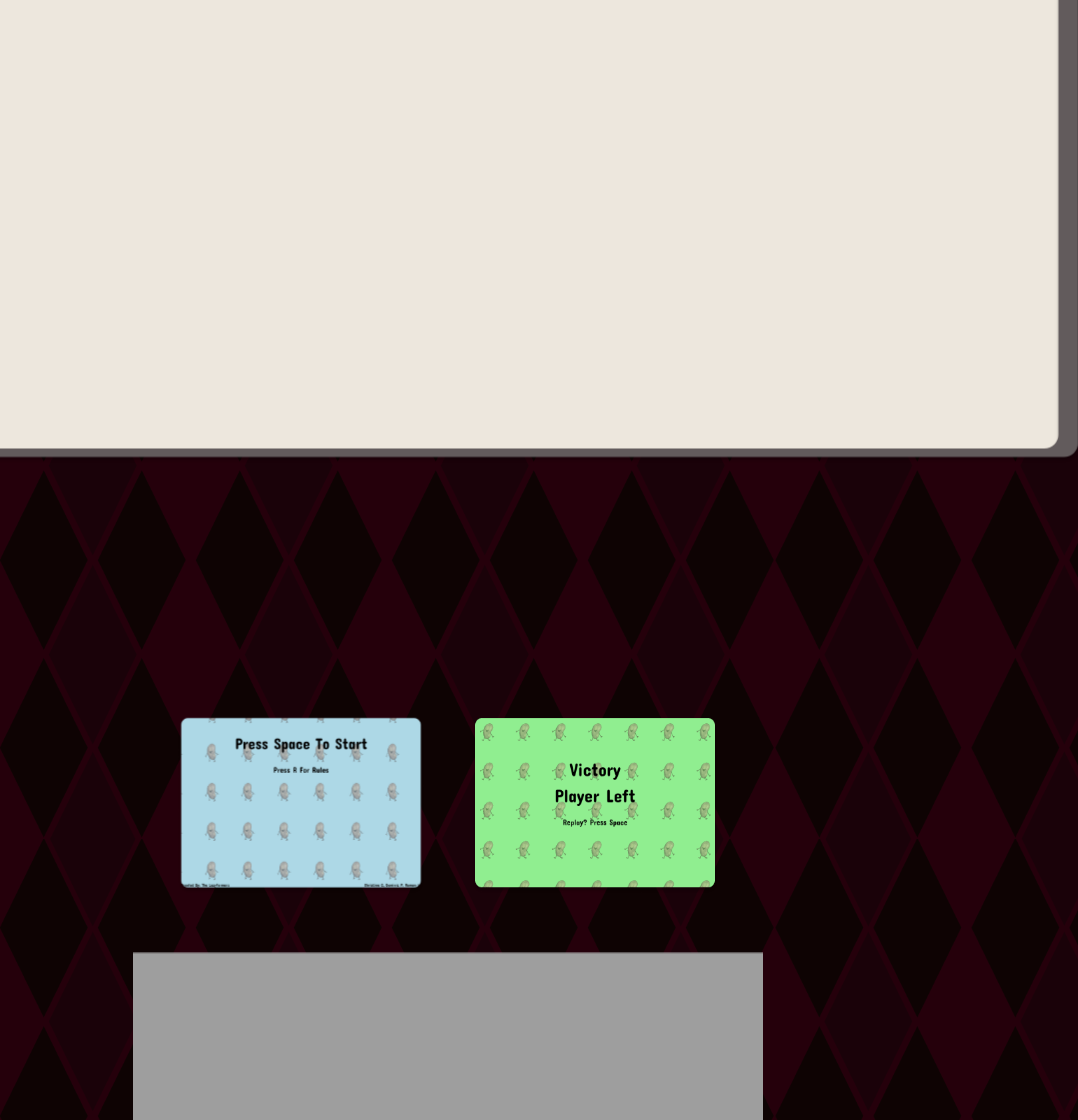
Repository: EMP-ChristinaC/Portfolio
Page: projects/potato-shuffle/potato.html
These files come from the project's save history. The page is drawn as it stood at one moment and after a run of saves; the edit follows.
The browser window is 1280 px wide. The page is 1540 px wide, so the pictures cover 1540 px, including what lies to the right of the window. The pictures show the part of the page from y = 1999 to 3599 px (the page is 6194 px tall), at 70% of full size.
Pictures or frames that could not be fetched are drawn as grey boxes. Some web fonts or font styles are not loaded; a fallback is used.

Above is the page before, as saved 2024-12-08 19:51:30.

### projects/potato-shuffle/potato.html
<!DOCTYPE html>
<html lang="en">

<head>
    <meta charset="UTF-8">
    <meta name="viewport" content="width=device-width, initial-scale=1.0">
    <title>CC- Project Potato Shuffle</title>
    <!--- ////////////////// OUTSIDE STYLES //////////////////-->


    <!--- ///////////////// GOOGLE FONTS  ////////////////////-->
    <link rel="preconnect" href="https://fonts.googleapis.com">
    <link rel="preconnect" href="https://fonts.gstatic.com" crossorigin>
    <link
        href="https://fonts.googleapis.com/css2?family=Overlock:ital,wght@0,400;0,700;0,900;1,400;1,700;1,900&family=Vast+Shadow&display=swap"
        rel="stylesheet">

    <!--- /////////////// MY STYLES ////////////////-->

    <link rel="stylesheet" href="potato.css">
    <link rel="stylesheet" href="../../nav.css">
    <link rel="stylesheet" href="media-style-phone-potato.css">
    <link rel="stylesheet" href="../../media-style-two.css">
    <link rel="stylesheet" href="media-style-mac-potato.css">

    <!--- //////////////// FAVICON LINKS ///////////////////-->
    <link rel="shortcut icon" href="../../image/logo.png" type="image/x-icon">
    <link rel="icon" href="../../image/logo.png" type="image/x-icon">

</head>

<body class="home-potato">

    <!--- /////////////////////// NAVIGATION /////////////////////-->
    <header class="navigation">
        <img class="nav-background" src="../../image/nav-background.png"
            alt="A decor for the nav, it holds a logo with diamond patterns in the background.">


        <a href="../../index.html " class="nav-home">Stage</a>
        <a href="../../about-page/about.html" class="nav-about">Director</a>
        <a href="../../contact-page/contact.html" class="nav-contact">Contact</a>
        <a href="../../main-project-page/projects.html" class="nav-projects current">Projects</a>
    </header>


    <!--- /////////////////////// ARROW BUTTON /////////////////////-->
    <a href="../../projects/sniffle/sniffle.html"><img src="../../image/left-arrow.png" class="side-button-left" alt="A."></a>


    <a href="../../projects/smash-n-dash/smash.html"><img src="../../image/right-arrow.png" class="side-button-right" alt="A."></a>



    <!--- /////////////////////// BOX OUTLINE ///////////////////////-->
    <div class="box-outline-outside-potato-overview">
        <div class="box-outline-inside-potato-overview"></div>

        <!-- <div class="dia-left-potato">
            <img src="../../image/Dia-bottom-left.png"
                alt="A diamond pattern decor that is placed onto the bottom left of the box outline">
        </div>

        <div class="dia-right-potato">
            <img src="../../image/Dia-top-right.png"
                alt="A diamond pattern decor that is placed onto the bottom left of the box outline">
        </div> -->


    <div class="box-outline-paragraph-potato">
        <div class="details-potato">
            <h2>About:</h2>
            <p>
                A digital coding game inspired by Hot Potato and WarioWare. It takes elements from both games and with
                the help of Makey-Makey, it creates a fun interactive game.
                <!-- <br><br>
                Here are some images of the game. -->
            </p>
        </div>
    </div>


    <div class="box-outline-type-potato">
        <div class="type-potato">
            <p> Project Type:
                <br>
                Interactive Game
                <br><br>
                Date:
                <br>
                December 2023
                <br><br>
                Link:
                <br>
                <a href="https://emp-christinac.github.io/Potato-Shuffle/index.html">Github</a>
                <br><br>
                Role:
                <br>
                Lead Coder
            </p>
        </div>

<!-- <div class="type-two">
    <p>
        Link:
        <br>
        <a href="https://emp-christinac.github.io/Potato-Shuffle/index.html">Github</a>
        <br><br>
        Role:
        <br>
        Lead Coder
    </p>
</div> -->


        <!-- <div class="type-potato-phone">
            <p> Project Type:
                <br>
                Digital Game
                <br><br>
                Date:
                <br>
                December 2023
            </p>
        </div> -->

        <!-- <div class="type-potato-phone-two">
            <p>
                Link:
                <br>
                <a href="https://empxnifl.github.io/Potato-Shuffle/index.html">Github</a>
                <br><br>
                Role:
                <br>
                Lead Coder
            </p>
        </div> -->
    </div>

    <div class="box-outline-credit">
        <div class="credit">
            <p>Credit to:
                <br>
                Roman Lopez [Lead Designer]
                <br>
                Dominic Perron [Lead Interaction]
            </p>
        </div>

        <div class="mc-overview">
            <img src="../../image/Main-Screen.png" alt="A overview of the project Potato Shuffle.">
        </div>

    </div>




    <div class="box-outline-heading-potato">
        <div class="potato-title">
            <h1>Potato Shuffle</h1>
        </div>
    </div>
</div>
    <!--- ////////////////////////-->
    <div class="box-outline-outside-potato-play">
        <div class="box-outline-inside-potato-play"></div>

        <div>
            <div class="play">
                <p>
                </p>
            </div>

    </div>


    <!--- ////////////////////////-->

    <div class="box-outline-outside-potato-progress">
        <div class="box-outline-inside-potato-progress"></div>

        <!-- <div class="dia-left-two-potato">
            <img src="../../image/Dia-bottom-left.png"
                alt="A diamond pattern decor that is placed onto the bottom left of the box outline">
        </div>

        <div class="dia-right-two-potato">
            <img src="../../image/Dia-top-right.png"
                alt="A diamond pattern decor that is placed onto the bottom left of the box outline">
        </div> -->

        <div class="box-outline-heading-two-potato">
            <div class="heading-two">
                <h1>Menu Design</h1>
            </div>
        </div>
        <div class="box-outline-heading-three-potato">
            <div class="heading-three">
                <h1>Sprites</h1>
            </div>
        </div>

        <div class="potato-menu-one">
            <img src="../../image/Home.png" alt="The home screen of the project.">
        </div>


        <div class="potato-menu-two">
            <img src="../../image/Victory.png" alt="The victory screen of the project.">
        </div>

        <!--- ////////////////////////-->

        <div class="potato-sprites">
            <img src="../../image/potato_sway.gif" alt="A potato gif that shows the potato swaying left and right.">
        </div>


        <div class="potato-sprites-two">
            <img src="../../image/Fail.gif" alt="A explosion gif that says boom.">
        </div>

        <div class="potato-sprites-three">
            <img src="../../image/potato_flip.gif" alt="A potato gif that shows the potato fliping.">
        </div>



    </div>


    <!--- ////////////////////////-->

    <div class="box-outline-outside-potato">
        <div class="box-outline-inside-potato"></div>
        <!-- <div class="dia-left-three-potato">
            <img src="../../image/Dia-bottom-left.png"
                alt="A diamond pattern decor that is placed onto the bottom left of the box outline">
        </div>

        <div class="dia-right-three-potato">
            <img src="../../image/Dia-top-right.png"
                alt="A diamond pattern decor that is placed onto the bottom left of the box outline">
        </div> -->


        <div class="box-outline-heading-four-potato">
            <div class="heading-four-potato">
                <h1>Mini-Game Design</h1>
            </div>

            <div class="potato-event-one">
                <img src="../../image/Event-1.png" alt="One of five mini-game from the project. It shows a character running.">
            </div>

            <div class="potato-event-two">
                <img src="../../image/Event-2.png"
                    alt="One of five mini-game from the project. It shows a character shooting at a muffen.">
            </div>


            <div class="potato-event-three">
                <img src="../../image/Event-3.png"
                    alt="One of five mini-game from the project. It shows a potato dropping into a basket.">
            </div>

            <div class="potato-event-four">
                <img src="../../image/Event-4.png"
                    alt="One of five mini-game from the project. It shows a character digging up a potato.">
            </div>


            <div class="potato-event-five">
                <img src="../../image/Event-5.png" alt="One of five mini-game from the project. It shows a potato being peeled.">
            </div>

        </div>

    </div>

    <!--- ////////////////////////-->

    <div class="box-outline-outside-foot">
        <div class="box-outline-inside-foot"></div>

            <footer class="section">
                <p>© 2024 by Christina Chan. Powered and secured by Github</p>

                <div>
                    <a class="github" href="https://github.com/EMP-ChristinaC"> <img src="../../image/Github-icon.png"
                            alt="Github icon image."></a>

                    <a class="twitter" href="https://x.com/EMP_Nifl"> <img src="../../image/Twitter-Icon.png"
                            alt="Twitter icon image."></a>

                    <a class="discord" href="https://discordapp.com/users/456539039286165514"> <img src="../../image/discord-icon.webp"
                            alt="Discord icon image."></a>

                    <a class="linkedin" href="https://www.linkedin.com/in/christina-chan-290a29323/"> <img src="../../image/Linkedin-icon.webp"
                            alt="Linkedin icon image."></a>
                </div>

            </footer>
    </div>
    <!--- /////////////////////// DECOR  ///////////////////////-->


    <!-- <div class="left-curtain">
        <img src="../../image/curtains-left.png" alt="A curtain decor that is placed on the left side of the website.">
    </div>

    <div class="right-curtain">
        <img src="../../image/curtain-right.png" alt="A curtain decor that is placed on the right side of the website.">
    </div> -->

    <!--- /////////////////////// TEXT ///////////////////////-->


    <!--- /////////////////////// IMAGES ///////////////////////-->


    <!--- ////////////////////////-->




    <!--- ////////////////////////-->



</body>

</html>

### projects/potato-shuffle/potato.css

/*///////////////////////////////// Box Outline ////////////////////////////*/
.box-outline-outside-potato-overview,
.box-outline-outside-potato-progress,
.box-outline-outside-potato-play {
    width: 1800px;
    height: 804px;
    background: rgba(98, 91, 92);
    box-shadow: 0px 4px 4px rgba(0, 0, 0, 0.25);
    border-radius: 20px;
}

.box-outline-outside-potato-overview {
    position: absolute;
    top: 50%;
    left: 50%;
    transform: translate(-50%, -27%);
}

.box-outline-outside-potato-play {
    position: absolute;
    top: 50%;
    left: 50%;
    transform: translate(-50%, 79%);
}

.box-outline-outside-potato-progress {
    position: absolute;
    top: 50%;
    left: 50%;
    transform: translate(-50%, 56%);
}

/*//////////////////////////////////*/


.box-outline-outside-potato {
    width: 1800px;
    height: 990px;
    background: rgba(98, 91, 92);
    box-shadow: 0px 4px 4px rgba(0, 0, 0, 0.25);
    border-radius: 20px;
}

.box-outline-outside-potato {
    position: absolute;
    top: 50%;
    left: 50%;
    transform: translate(-50%, 2340px);
}



/*//////////////////////////////////////////////////////////////////////////////*/

.box-outline-inside-potato-overview,
.box-outline-inside-potato-progress,
.box-outline-inside-potato-play {
    width: 1745px;
    height: 780px;
    background: #EDE7DD;
    box-shadow: 0px 4px 4px rgba(0, 0, 0, 0.25) inset;
    border-radius: 20px;
}

.box-outline-inside-potato-play {
    position: absolute;
    top: 1.5%;
    left: 1.5%;
}

.box-outline-inside-potato-overview {
    position: absolute;
    top: 1.5%;
    left: 1.5%;
    /* transform: translate(-50%, -26.3%); */
}


.box-outline-inside-potato-progress {
    position: absolute;
    top: 1.5%;
    left: 1.5%;
    /* transform: translate(-50%, 84%); */
}


.box-outline-inside-potato {
    width: 1745px;
    height: 960px;
    background: #EDE7DD;
    box-shadow: 0px 4px 4px rgba(0, 0, 0, 0.25) inset;
    border-radius: 20px;
}

.box-outline-inside-potato {
    position: absolute;
    top: 1.5%;
    left: 1.5%;
    /* transform: translate(-50%, 1506px); */
}



/*///////////////////////////HEADING BOX////////////////////////////*/



.box-outline-heading-potato {
    width: 1700px;
    height: 20px;
    background: #E7DECD;
    box-shadow: 0px 4px 4px rgba(0, 0, 0, 0.25);
    border-radius: 20px;
    z-index: 1;
}

.box-outline-heading-potato {
    position: absolute;
    top: 28%;
    left: 50%;
    transform: translate(-50%, -920%);
}



.box-outline-heading-two-potato,
.box-outline-heading-three-potato,
.box-outline-heading-four-potato {
    width: 1700px;
    height: 20px;
    background: #E7DECD;
    box-shadow: 0px 4px 4px rgba(0, 0, 0, 0.25);
    border-radius: 20px;
    z-index: 1;
    position: absolute;

}

.box-outline-heading-two-potato {
    /* transform: translate(-50%, 1270%); */
    top: 4%;
    left: 5%;
}

.box-outline-heading-three-potato {
    /* transform: translate(-50%, 1900%); */
    top: 500%;
    left: 5%;
}

.box-outline-heading-four-potato {
    /* transform: translate(-50%, 2800%); */

}

.box-outline-heading-five-potato {
    /* transform: translate(-50%, 3450%); */

}

/*/////////////////////////////////////*/

.box-outline-paragraph-potato,
.box-outline-type-potato,
.box-outline-credit {
    /* background: #E7DECD;
    box-shadow: 0px 4px 4px rgba(0, 0, 0, 0.25);
    border-radius: 20px; */
    position: absolute;
    top: 50%;
    left: 30%;
}


.box-outline-paragraph-potato {
    width: 375px;
    height: 330px;
    transform: translate(-116%, -10%);
    z-index: 1;
}


.box-outline-type-potato {
    width: 375px;
    height: 200px;
    transform: translate(-116%, 90%);
    z-index: 1;
}

.box-outline-credit {
    width: 375px;
    height: 60px;
    transform: translate(-30%, 350%);
    z-index: 1;
}



/*/////////////////////////////////////*/

.box-outline-outside-foot {
    width: 100%;
    height: 200px;
    background: rgba(98, 91, 92);
    box-shadow: 0px 4px 4px rgba(0, 0, 0, 0.25);
    border-radius: 20px 20px 0 0;
    position: absolute;
    top: 50%;
    left: 50%;
    transform: translate(-50%, 1690%);
}

/*/////////////////////////////////////*/

.box-outline-inside-foot {
    width: 99%;
    height: 185px;
    position: absolute;
    background: #EDE7DD;
    box-shadow: 0px 4px 4px rgba(0, 0, 0, 0.25) inset;
    border-radius: 20px 20px 0 0;
    position: absolute;
    /* transform: translate(-50%, 1359%); */
    top: 8%;
    left: 0.5%;
}



/*///////////////////////////////// Decor ////////////////////////////*/

.dia-left-potato img {
    position: absolute;
    top: 27%;
    left: 50%;
    transform: translate(-384%, 205%);
}

.dia-right-potato img {
    position: absolute;
    top: 27%;
    right: 50%;
    transform: translate(385%, -107%);
}

/*//////////////////////////////////////////////////////////////////////*/

.dia-left-two-potato img {
    position: absolute;
    top: -80%;
    left: 50%;
    transform: translate(-384%, 656%);
}

.dia-right-two-potato img {
    position: absolute;
    top: -80%;
    right: 50%;
    transform: translate(385%, 344%);
}

/*/////////////////////////////////////*/

.dia-left-three-potato img {
    position: absolute;
    top: -186%;
    left: 50%;
    transform: translate(-384%, 1378%);
}

.dia-right-three-potato img {
    position: absolute;
    top: -186%;
    right: 50%;
    transform: translate(385%, 972%);
}

/*/////////////////////////////////////*/

.left-curtain {
    position: fixed;
    top: 0%;
    left: 11%;
    transform: translate(-100%);
}

.right-curtain {
    position: fixed;
    top: 0%;
    right: 11%;
    transform: translate(100%);
}

/*///////////////////////////////// Heading Text ////////////////////////////*/

.potato-title {
    width: 827px;
    text-align: center;
    color: #FABA84;
    font-size: 25px;
    font-family: Vast Shadow;
    font-weight: 400;
    -webkit-text-stroke: 0.1px #4C0B13;
    z-index: 1;
}

.potato-title {
    position: absolute;
    top: -20%;
    left: -9%;
    /* transform: translate(-50%, -320%); */
}


.heading-two,
.heading-three,
.heading-four-potato {
    width: 827px;
    text-align: center;
    color: #FABA84;
    font-family: Vast Shadow;
    font-weight: 400;
    -webkit-text-stroke: 0.1px #4C0B13;
    z-index: 1;
    position: absolute;
    top: -20%;
    left: -30%;
    font-size: 15px;
}



/*///////////////////////////////// Paragraph Text ////////////////////////////*/

.details-potato p,
.details-potato h2,
.type-potato p,
.type-two p,
.credit p {
    color: #1E1E1E;
    font-family: Overlock;
    font-weight: 900;

}
.details-potato h2 {
    width: 600px;
    font-size: 35px;
    line-height: 32px;
    letter-spacing: 2px;
    position: absolute;
    top: -70%;
    left: 5%;
    z-index: 1;
}

.details-potato p {
    width: 600px;
    font-size: 25px;
    line-height: 32px;
    letter-spacing: 2px;
    position: absolute;
    top: -55%;
    left: 5%;
    z-index: 1;
    /* transform: translate(-90%, -28%); */

}

.type-potato p {
    width: 440px;
    font-size: 25px;
    line-height: 28px;
    letter-spacing: 2px;
    position: absolute;
    top: -100%;
    left: 5%;
    /* transform: translate(-95%, 105%); */
    z-index: 1;

}

.type-two p {
    width: 440px;
    font-size: 25px;
    line-height: 28px;
    letter-spacing: 2px;
    position: absolute;
    top: 0%;
    left: 64%;
    /* transform: translate(-42%, 420%); */
    z-index: 1;
}

.credit p {
    width: 440px;
    font-size: 25px;
    line-height: 32px;
    letter-spacing: 2px;
    position: absolute;
    top: -385%;
    left: 5%;
    /* transform: translate(-42%, 420%); */
    z-index: 1;
}





/*/////////////////////////////////////*/

footer.section {
    text-align: center;
    color: black;
    font-size: 14px;
    font-family: Overlock;
    font-weight: 400;

    width: 500px;
    position: absolute;
    top: 50%;
    left: 50%;
    transform: translate(-53%, 80%);

}

footer.section p {
    width: 100%;
    height: 100%;
    transform: translate(1%, 35%);
}


/*///////////////////////////////// Images ////////////////////////////*/


.mc-overview {
    width: 775px;
    height: 675px;
    position: absolute;
    top: -750%;
    left: 155%;
    overflow: hidden;
    box-shadow: 0px 4px 4px rgba(0, 0, 0, 0.25);
    border-radius: 30px;
    transform: translate(-8%, -11%);
    }



.mc-overview img {
    width: 100%;
    height: 105%;
    object-fit: cover;
    transform: translate(-0%, 0%);

    transition: all 0.3s ease-in-out;
}


.potato {
    width: 258px;
    height: 547px;
    box-shadow: 0px 4px 4px rgba(0, 0, 0, 0.25);
    border-radius: 20px;
    background-position: center;

    position: absolute;
    top: 50%;
    left: 50%;
    transform: translate(70%, 302%);
}

.potato-projects {
    width: 258px;
    height: 547px;
    box-shadow: 0px 4px 4px rgba(0, 0, 0, 0.25);
    border-radius: 20px;
    background-position: center;

    position: absolute;
    top: 50%;
    left: 50%;
    transform: translate(70%, -5%);
}

.potato-menu-one img {
    width: 350px;
    height: 250px;
    position: absolute;
    top: 50%;
    left: 50%;
    transform: translate(-110%, 310%);
}

.potato-menu-two img {
    width: 350px;
    height: 250px;
    position: absolute;
    top: 50%;
    left: 50%;
    transform: translate(10%, 310%);
}


.potato-sprites img {
    width: 300px;
    height: 300px;
    position: absolute;
    top: 50%;
    left: 50%;
    transform: translate(-150%, 370%);
}

.potato-sprites-two img {
    width: 300px;
    height: 300px;
    position: absolute;
    top: 50%;
    left: 50%;
    transform: translate(-50%, 370%);
}

.potato-sprites-three img {
    width: 300px;
    height: 300px;
    position: absolute;
    top: 50%;
    left: 50%;
    transform: translate(50%, 370%);
}

.potato-event-one img {
    width: 409px;
    height: 266px;
    position: absolute;
    top: 50%;
    left: 50%;
    transform: translate(-105%, 610%);
}

.potato-event-two img {
    width: 409px;
    height: 266px;
    position: absolute;
    top: 50%;
    left: 50%;
    transform: translate(4%, 610%);
}

.potato-event-three img {
    width: 409px;
    height: 266px;
    position: absolute;
    top: 50%;
    left: 50%;
    transform: translate(-105%, 715%);
}

.potato-event-four img {
    width: 409px;
    height: 266px;
    position: absolute;
    top: 50%;
    left: 50%;
    transform: translate(4%, 715%);
}

.potato-event-five img {
    width: 409px;
    height: 266px;
    position: absolute;
    top: 50%;
    left: 50%;
    transform: translate(-105%, 820%);
}

/*/////////////////////////////////////*/
.github {
    width: 45px;
    height: 45px;
    position: absolute;
    top: 50%;
    left: 50%;
    overflow: hidden;
    box-shadow: 0px 4px 4px rgba(0, 0, 0, 0.25);
    border-radius: 30px;
    transform: translate(-250%, -180%);
}

.github img {
    width: 100%;
    height: 100%;
    object-fit: cover;
    transition: all 0.3s ease-in-out;
    transform: translate(0%, 0%);
}

.twitter {
    width: 45px;
    height: 45px;
    position: absolute;
    top: 50%;
    left: 50%;
    overflow: hidden;
    box-shadow: 0px 4px 4px rgba(0, 0, 0, 0.25);
    border-radius: 30px;
    transform: translate(-100%, -180%);
}

.twitter img {
    width: 100%;
    height: 100%;
    object-fit: cover;
    transition: all 0.3s ease-in-out;
    transform: translate(-0%, -0%);
}


.discord {
    width: 45px;
    height: 45px;
    position: absolute;
    top: 50%;
    left: 50%;
    overflow: hidden;
    box-shadow: 0px 4px 4px rgba(0, 0, 0, 0.25);
    border-radius: 30px;
    transform: translate(50%, -180%);
}

.discord img {
    width: 100%;
    height: 100%;
    object-fit: cover;
    transition: all 0.3s ease-in-out;
    transform: translate(-0%, -0%);
}


.linkedin {
    width: 45px;
    height: 45px;
    position: absolute;
    top: 50%;
    left: 50%;
    overflow: hidden;
    box-shadow: 0px 4px 4px rgba(0, 0, 0, 0.25);
    border-radius: 30px;
    transform: translate(200%, -180%);
}

.linkedin img {
    width: 100%;
    height: 100%;
    object-fit: cover;
    transition: all 0.3s ease-in-out;
    transform: translate(-0%, -0%);
}

Loaded but not shown: projects/potato-shuffle/media-style-phone-potato.css (424 lines, source omitted); nav.css (208 lines, source omitted); projects/potato-shuffle/media-style-mac-potato.css (93 lines, source omitted); media-style-two.css (11 lines, source omitted)

After the next 3 saves:
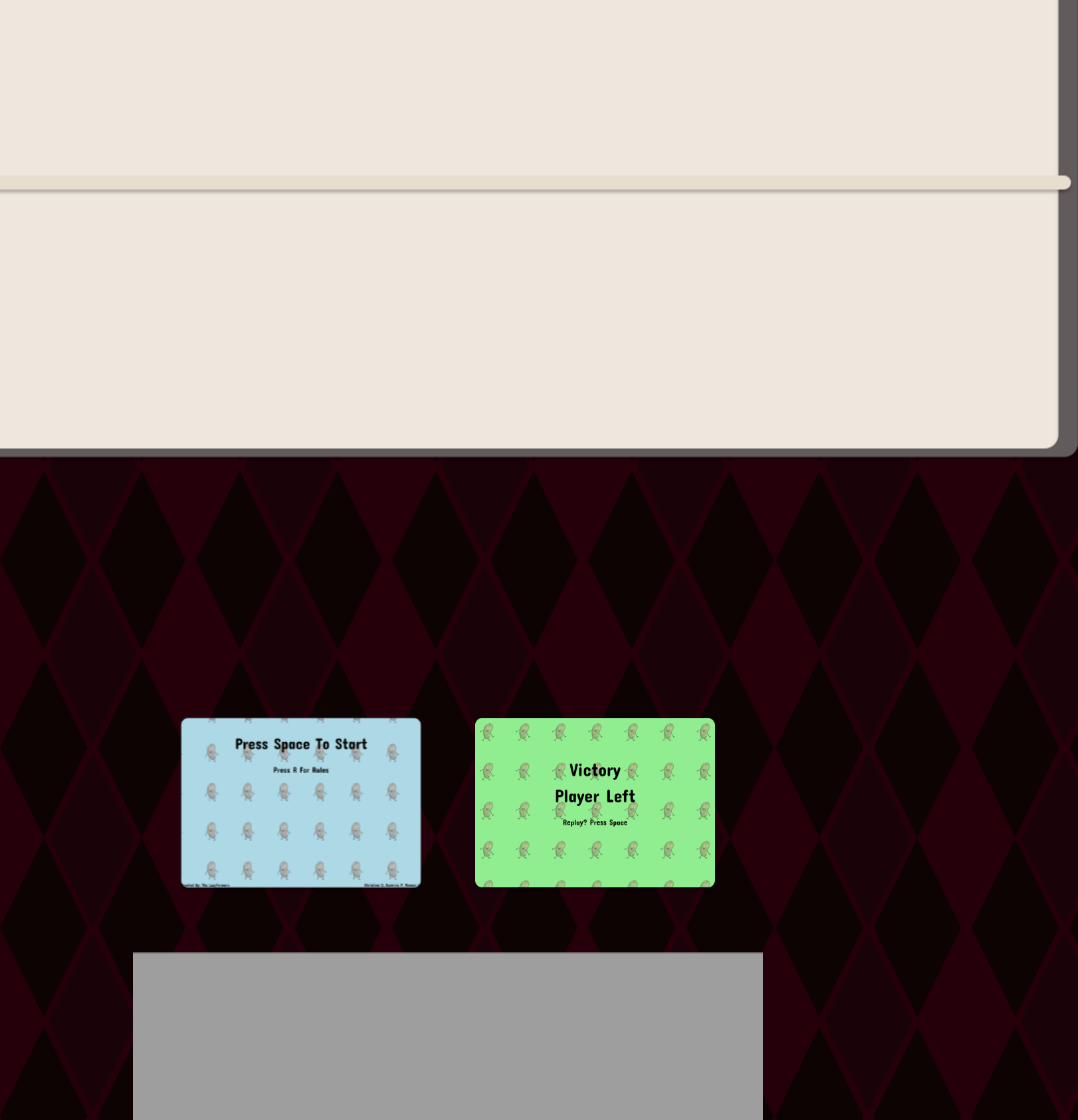
The 3 saves are shown as one change because they came seconds apart.
The last was saved 10 s later.
--- a/projects/potato-shuffle/potato.css
+++ b/projects/potato-shuffle/potato.css
@@ -145,7 +145,7 @@
 
 .box-outline-heading-three-potato {
     /* transform: translate(-50%, 1900%); */
-    top: 500%;
+    top: 50%;
     left: 5%;
 }
 
